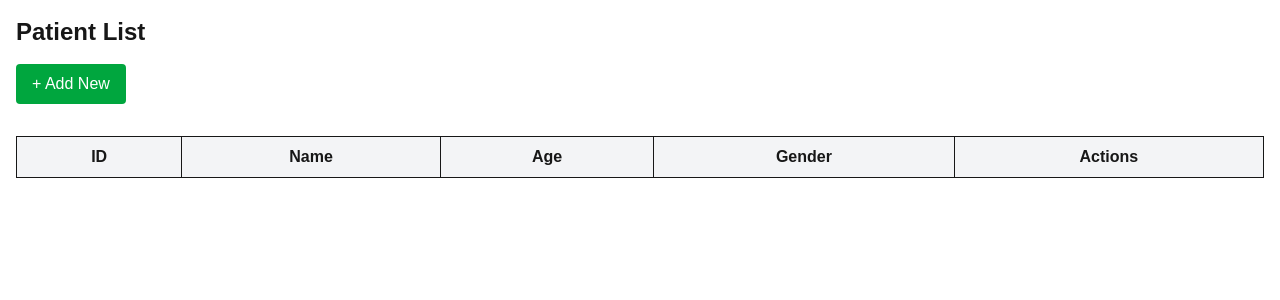
Repository: DangerCR7/patient-crud-app
Page: /patients (app in patient-crud-ui/)
The author's editor kept a copy of each file at every save. The page is drawn from the files as they stood at one save, then again after a run of saves.
The browser window is 1280 px wide. The pictures show the whole page.
The page's requests for data from a server got no answer. The project was rebuilt for these pictures with package versions that can differ from the ones it lists, and the page was loaded fresh each time. The framework's server and built-in components were replaced by stand-ins that run in the browser. No one was signed in, and anything a server would have sent is missing. Also part of the build but not shown: patient-crud-ui/next.config.mjs.

Above is the page before, as saved 2025-07-14 20:23:08.

### patient-crud-ui/src/app/patients/page.js
'use client';

import { useEffect, useState } from 'react';
import Link from 'next/link';

export default function PatientsList() {
  const [patients, setPatients] = useState([]);

  useEffect(() => {
    fetch('http://localhost:8080/api/patients')
      .then((res) => res.json())
      .then((data) => setPatients(data));
  }, []);

  const handleDelete = async (id) => {
    const confirm = window.confirm('Delete this patient?');
    if (!confirm) return;

    await fetch(`http://localhost:8080/api/patients/${id}`, { method: 'DELETE' });
    setPatients(patients.filter(p => p.id !== id));
  };

  return (
    <div className="container mx-auto p-4">
      <h1 className="text-2xl font-bold mb-4">Patient List</h1>
      <Link href="/patient-form" className="bg-green-600 text-white px-4 py-2 rounded mb-4 inline-block">+ Add New</Link>
      <table className="table-auto w-full border-collapse border border-gray-300 mt-4">
        <thead>
          <tr className="bg-gray-100">
            <th className="border px-4 py-2">ID</th>
            <th className="border px-4 py-2">Name</th>
            <th className="border px-4 py-2">Age</th>
            <th className="border px-4 py-2">Gender</th>
            <th className="border px-4 py-2">Actions</th>
          </tr>
        </thead>
        <tbody>
          {patients.map((p) => (
            <tr key={p.id}>
              <td className="border px-4 py-2">{p.id}</td>
              <td className="border px-4 py-2">{p.name}</td>
              <td className="border px-4 py-2">{p.age}</td>
              <td className="border px-4 py-2">{p.gender}</td>
              <td className="border px-4 py-2 space-x-2">
                <Link href={`/patient-form?id=${p.id}`}>
                  <button className="bg-blue-500 text-white px-2 py-1 rounded">Edit</button>
                </Link>
                <button onClick={() => handleDelete(p.id)} className="bg-red-500 text-white px-2 py-1 rounded">Delete</button>
              </td>
            </tr>
          ))}
        </tbody>
      </table>
    </div>
  );
}

Loaded but not shown: patient-crud-ui/src/app/layout.js (common file); patient-crud-ui/src/app/globals.css (common file)

After the next 2 saves:
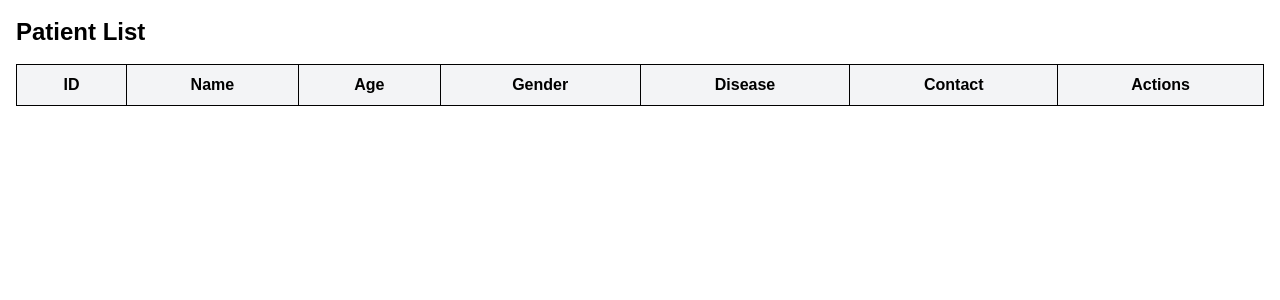
The 2 saves are shown as one change because 1 did not build or start.
The last was saved 65 s later.
--- a/patient-crud-ui/src/app/patients/page.js
+++ b/patient-crud-ui/src/app/patients/page.js
@@ -1,36 +1,41 @@
 'use client';
 
-import { useEffect, useState } from 'react';
+import React, { useEffect, useState } from 'react';
 import Link from 'next/link';
 
 export default function PatientsList() {
   const [patients, setPatients] = useState([]);
 
+  const fetchPatients = async () => {
+    const res = await fetch('http://localhost:8080/api/patients');
+    const data = await res.json();
+    setPatients(data);
+  };
+
+  const handleDelete = async (id) => {
+    if (!confirm('Are you sure to delete this patient?')) return;
+    await fetch(`http://localhost:8080/api/patients/${id}`, {
+      method: 'DELETE',
+    });
+    fetchPatients(); // reload
+  };
+
   useEffect(() => {
-    fetch('http://localhost:8080/api/patients')
-      .then((res) => res.json())
-      .then((data) => setPatients(data));
+    fetchPatients();
   }, []);
 
-  const handleDelete = async (id) => {
-    const confirm = window.confirm('Delete this patient?');
-    if (!confirm) return;
-
-    await fetch(`http://localhost:8080/api/patients/${id}`, { method: 'DELETE' });
-    setPatients(patients.filter(p => p.id !== id));
-  };
-
   return (
-    <div className="container mx-auto p-4">
+    <div className="container mx-auto p-4 text-black">
       <h1 className="text-2xl font-bold mb-4">Patient List</h1>
-      <Link href="/patient-form" className="bg-green-600 text-white px-4 py-2 rounded mb-4 inline-block">+ Add New</Link>
-      <table className="table-auto w-full border-collapse border border-gray-300 mt-4">
-        <thead>
-          <tr className="bg-gray-100">
+      <table className="table-auto w-full border-collapse border border-gray-300">
+        <thead className="bg-gray-100">
+          <tr>
             <th className="border px-4 py-2">ID</th>
             <th className="border px-4 py-2">Name</th>
             <th className="border px-4 py-2">Age</th>
             <th className="border px-4 py-2">Gender</th>
+            <th className="border px-4 py-2">Disease</th>
+            <th className="border px-4 py-2">Contact</th>
             <th className="border px-4 py-2">Actions</th>
           </tr>
         </thead>
@@ -41,11 +46,18 @@ export default function PatientsList() {
               <td className="border px-4 py-2">{p.name}</td>
               <td className="border px-4 py-2">{p.age}</td>
               <td className="border px-4 py-2">{p.gender}</td>
-              <td className="border px-4 py-2 space-x-2">
+              <td className="border px-4 py-2">{p.disease}</td>
+              <td className="border px-4 py-2">{p.contact}</td>
+              <td className="border px-4 py-2">
                 <Link href={`/patient-form?id=${p.id}`}>
-                  <button className="bg-blue-500 text-white px-2 py-1 rounded">Edit</button>
+                  <button className="bg-blue-500 text-white px-2 py-1 rounded mr-2">Edit</button>
                 </Link>
-                <button onClick={() => handleDelete(p.id)} className="bg-red-500 text-white px-2 py-1 rounded">Delete</button>
+                <button
+                  onClick={() => handleDelete(p.id)}
+                  className="bg-red-500 text-white px-2 py-1 rounded"
+                >
+                  Delete
+                </button>
               </td>
             </tr>
           ))}
